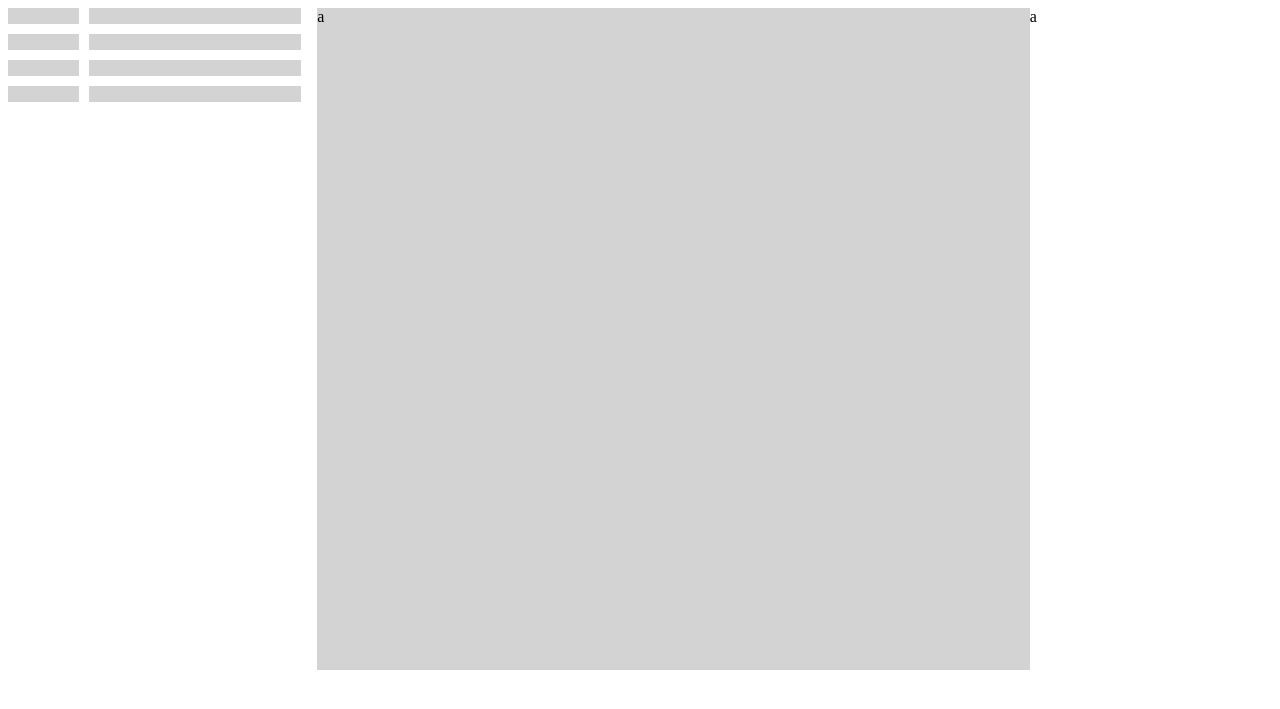
Repository: tr2cky/exercise2
Page: index.html
The author's editor kept a copy of each file at every save. The page is drawn from the files as they stood at one save, then again after the next save.
The browser window is 1280 px wide. The pictures show the whole page.

Above is the page before, as saved 2022-10-01 11:35:26.

After the next save:
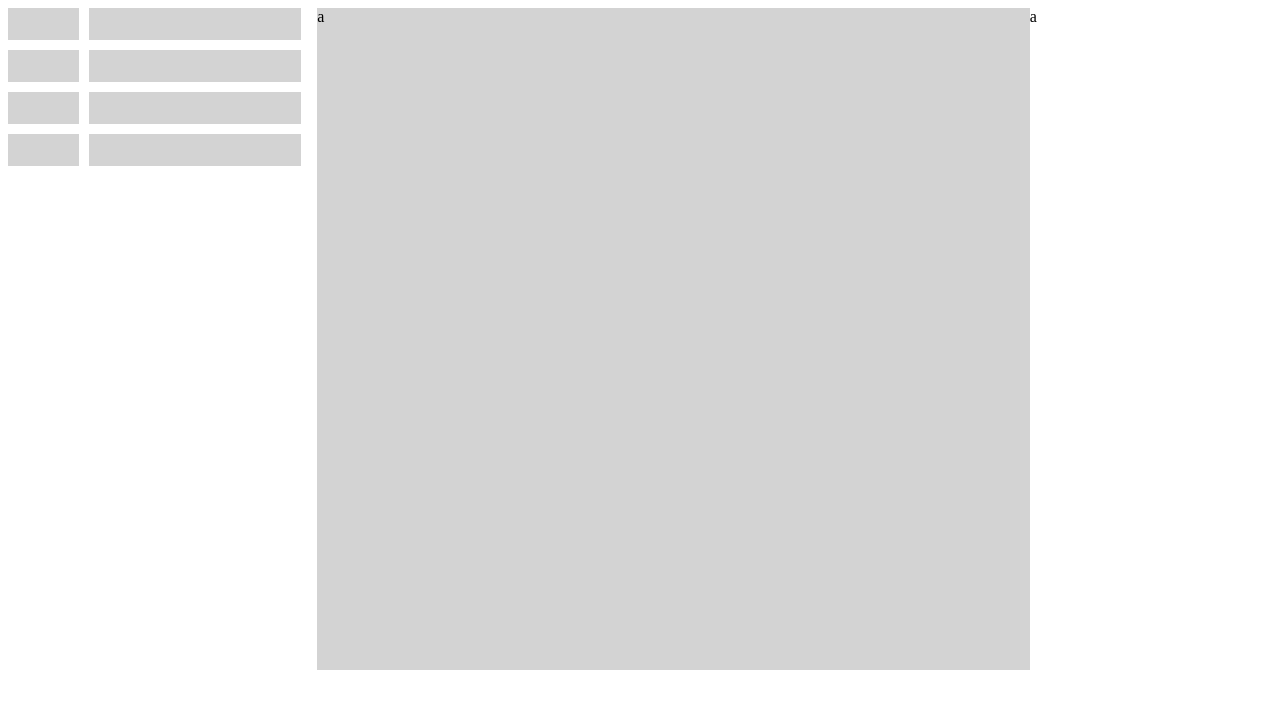
Saved 13 s later.
--- a/style.css
+++ b/style.css
@@ -11,7 +11,7 @@ main {
     flex-grow: 1;
     display: grid;
     grid-template-columns: 1fr 3fr;
-    grid-auto-rows: 1em;
+    grid-auto-rows: 2em;
     grid-gap: 10px;
     margin-right: 1em;
 }
